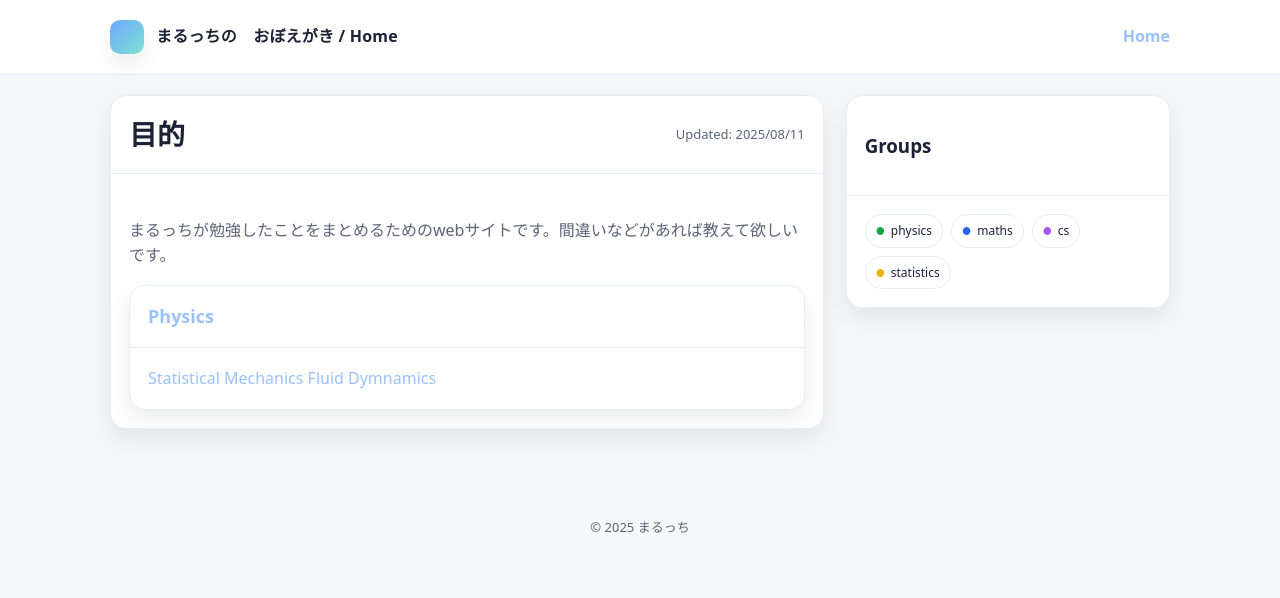
Repository: Riki-Mochimaru/tureduretunedune
Page: index.html
An editor plug-in stored every save of this project. The page is shown before and after a run of saves, followed by the edit.
The browser window is 1280 px wide. The pictures show the whole page.

Above is the page before, as saved 2025-08-11 23:54:19.

### index.html
<!DOCTYPE html>
<html lang="ja">
<head>
  <meta charset="utf-8" />
  <meta name="viewport" content="width=device-width, initial-scale=1" />
  <title>まるっちの おぼえがき— Home</title>
  <link rel="stylesheet" href="assets/styles.css">
</head>
<body>
  <header class="site">
    <div class="shell row">
      <div class="brand"><div class="brand-badge"></div><div>まるっちの　おぼえがき / Home</div></div>
      <nav>
        <a href="./">Home</a>
      </nav>
    </div>
  </header>

  <main class="shell">
    <section class="grid" aria-label="Articles and sidebar">
      <div>
        <article class="card post">
          <div class="hd">
            <h2>目的</h2>
            <div class="meta"><span>Updated: <time data-auto-updated datetime="">—</time></span></div>
          </div>
          <div class="bd">
            <p class="lead">まるっちが勉強したことをまとめるためのwebサイトです。間違いなどがあれば教えて欲しいです。</p>
            <div class="tags">
              <!-- <span class="tag" data-g="math"></span>
              <span class="tag" data-g="cs">#cs</span> -->
            </div>

            <!-- <h3>数式の例</h3>
            <div class="math">\\[ E = mc^2 \\]</div> -->
            <article class="card">
              <div class="hd"><h2 style="font-size:18px; margin:0;">
              <a href="physics/">Physics</a>
              </h2></div>
              <div class="bd">
                <div></div>
                <a href="physics/SM/">Statistical Mechanics</a>
                <a href="physics/FluidDynamics/">Fluid Dymnamics</a>
            </article>


          </div>
        </article>
      </div>

      <aside class="aside">
        <section class="card">
          <div class="hd"><h3>Groups</h3></div>
          <div class="bd">
            <div class="tags">
              <span class="tag" data-g="phys">physics</span>
              <span class="tag" data-g="math">maths</span>
              <span class="tag" data-g="cs">cs</span>
              <span class="tag" data-g="stats">statistics</span>
            </div>
          </div>
        </section>
      </aside>
    </section>
  </main>

  <footer class="site"><div class="shell">© 2025 まるっち</div></footer>

  <!-- 数式レンダリング（必要なら有効化） -->
  <script>
    window.MathJax = {
      tex: { inlineMath: [['$','$'], ['\\(','\\)']], displayMath: [['$$','$$'], ['\\[','\\]']] },
      options: { renderActions: { addMenu: [] } }
    };
  </script>
  <script src="https://cdn.jsdelivr.net/npm/mathjax@3/es5/tex-mml-chtml.js" async></script>
  <script>
    // Client-side: auto-fill "Updated" date from document.lastModified
    document.querySelectorAll('time[data-auto-updated]').forEach(t => {
      const d = new Date(document.lastModified);
      // ISO (yyyy-mm-dd)
      const iso = new Date(d.getTime() - d.getTimezoneOffset()*60000)
                    .toISOString().slice(0,10);
      t.setAttribute('datetime', iso);
      // Human-readable in Japanese (Asia/Tokyo)
      t.textContent = d.toLocaleDateString('ja-JP', {
        timeZone: 'Asia/Tokyo', year: 'numeric', month: '2-digit', day: '2-digit'
      });
    });
    </script>
</body>
</html>

### assets/styles.css
/* styles.css — Science Notes
   House style: British English prose; American English in code comments.
*/

/* =========================
   Design tokens
   ========================= */
   :root {
    --bg: #0b0c10;
    --surface: #0f1117;
    --card: #121520;
    --text: #e8ecf8;
    --subtle: #9aa3b2;
    --border: #1e2636;
    --brand: #6ea8fe;
    --accent: #7de2d1;
    --warn: #ffd166;
    --danger: #ff6b6b;
    --radius: 16px;
    --shadow: 0 10px 24px rgba(0,0,0,.35), 0 1px 0 rgba(255,255,255,.04) inset;
    --font-sans: ui-sans-serif, system-ui, -apple-system, Segoe UI, Roboto, Noto Sans JP, "Helvetica Neue", Arial;
    --font-mono: ui-monospace, SFMono-Regular, Menlo, Monaco, Consolas, "Liberation Mono", monospace;
  }
  @media (prefers-color-scheme: light) {
    :root {
      --bg: #f6f7fb; --surface: #ffffff; --card: #ffffff; --text: #1b2235; --subtle: #5b6578; --border: #e7ecf4;
      --shadow: 0 10px 24px rgba(0,0,0,.08);
    }
  }

  /* Base */
  *, *::before, *::after { box-sizing: border-box; }
  html, body { height: 100%; }
  body { margin: 0; font-family: var(--font-sans); background: var(--bg); color: var(--text); line-height: 1.6; }
  /* Accessible link look */
  a { color: #9ac1ff; text-decoration: none; }
  a:hover { text-decoration: underline; }

  /* Header */
  header.site { position: sticky; top: 0; z-index: 10; background: color-mix(in oklab, var(--surface) 92%, transparent); border-bottom: 1px solid var(--border); backdrop-filter: blur(6px); }
  .shell { max-width: 1100px; margin: 0 auto; padding: 20px; }
  .row { display: grid; grid-template-columns: 1fr auto; align-items: center; gap: 16px; }
  .brand { display: flex; align-items: center; gap: 12px; font-weight: 800; letter-spacing: .2px; }
  .brand-badge { width: 34px; height: 34px; border-radius: 10px; background: linear-gradient(135deg, var(--brand), var(--accent)); box-shadow: var(--shadow); }
  nav a { margin-left: 16px; font-weight: 600; }

  /* Layout */
  main { padding-top: 10px; }
  .grid { display: grid; grid-template-columns: 2.2fr 1fr; gap: 22px; align-items: start; }
  @media (max-width: 980px) { .grid { grid-template-columns: 1fr; } }

  /* Cards */
  .card { background: var(--card); border: 1px solid var(--border); border-radius: var(--radius); box-shadow: var(--shadow); overflow: clip; }
  .card .hd { padding: 16px 18px; border-bottom: 1px solid var(--border); display:flex; align-items:center; justify-content: space-between; }
  .card .bd { padding: 18px; }

  /* Tag/Group chips */
  .tags { display:flex; flex-wrap: wrap; gap: 8px; }
  .tag { --c: #334155; color: var(--text); font-size: 12px; padding: 6px 10px; border: 1px solid var(--border); border-radius: 999px; background: color-mix(in oklab, var(--card) 88%, transparent); }
  .tag[data-g="math"]   { --c: #2563eb; }
  .tag[data-g="phys"]   { --c: #16a34a; }
  .tag[data-g="cs"]     { --c: #a855f7; }
  .tag[data-g="stats"]  { --c: #eab308; }
  .tag[data-g="ethics"] { --c: #ef4444; }
  .tag::before { content: "●"; font-size: 10px; margin-right: 6px; color: var(--c); }

  /* Article */
  article.post { display: grid; gap: 10px; }
  article.post h2 { margin: 0; font-size: clamp(20px, 2.6vw, 28px); }
  .meta { color: var(--subtle); font-size: 13px; display:flex; gap: 12px; flex-wrap: wrap; }
  .lead { color: var(--subtle); }

  /* Math blocks (TeX text before JS render) */
  .math { font-family: var(--font-mono); background: color-mix(in oklab, var(--card) 90%, transparent); border: 1px dashed var(--border); border-radius: 10px; padding: 10px 12px; overflow:auto; }
  .eqno { float: right; color: var(--subtle); margin-left: 8px; }

  /* Comment UI (static) */
  .comments { margin-top: 8px; border-top: 1px dashed var(--border); padding-top: 10px; }
  .comment { display: grid; grid-template-columns: 40px 1fr; gap: 10px; padding: 12px 0; }
  .comment + .comment { border-top: 1px dashed var(--border); }
  .avatar { width: 40px; height: 40px; border-radius: 50%; background: linear-gradient(135deg, var(--brand), var(--accent)); display:grid; place-items:center; font-weight: 800; color: #0008; }
  .who { font-weight: 700; }
  .when { color: var(--subtle); font-size: 12px; }

  /* Simple form look (non-functional without JS/backend) */
  .form { display: grid; gap: 10px; background: color-mix(in oklab, var(--card) 90%, transparent); border: 1px solid var(--border); border-radius: 12px; padding: 12px; }
  .input, .textarea { width: 100%; padding: 10px 12px; border-radius: 10px; border: 1px solid var(--border); background: var(--surface); color: var(--text); outline: none; }
  .input:focus, .textarea:focus { box-shadow: 0 0 0 6px #2a5fff33; }
  .btn { display: inline-flex; align-items: center; justify-content: center; gap: 8px; padding: 10px 14px; font-weight: 700; border-radius: 10px; border: 1px solid var(--border); background: linear-gradient(180deg, var(--brand), #4d86f7); color: #fff; cursor: not-allowed; opacity: .8; }
  .hint { font-size: 12px; color: var(--subtle); }

  /* Aside */
  .aside .card + .card { margin-top: 18px; }
  .list { display: grid; gap: 10px; }

  /* Footer */
  footer.site { margin-top: 28px; color: var(--subtle); font-size: 13px; text-align: center; padding: 20px 0 40px; }

  /* Print */
  @media print {
    header.site, footer.site { display:none; }
    .card { box-shadow: none; border-color: #ccc; }
    a { color: #000; text-decoration: none; }
  }

After the next 3 saves:
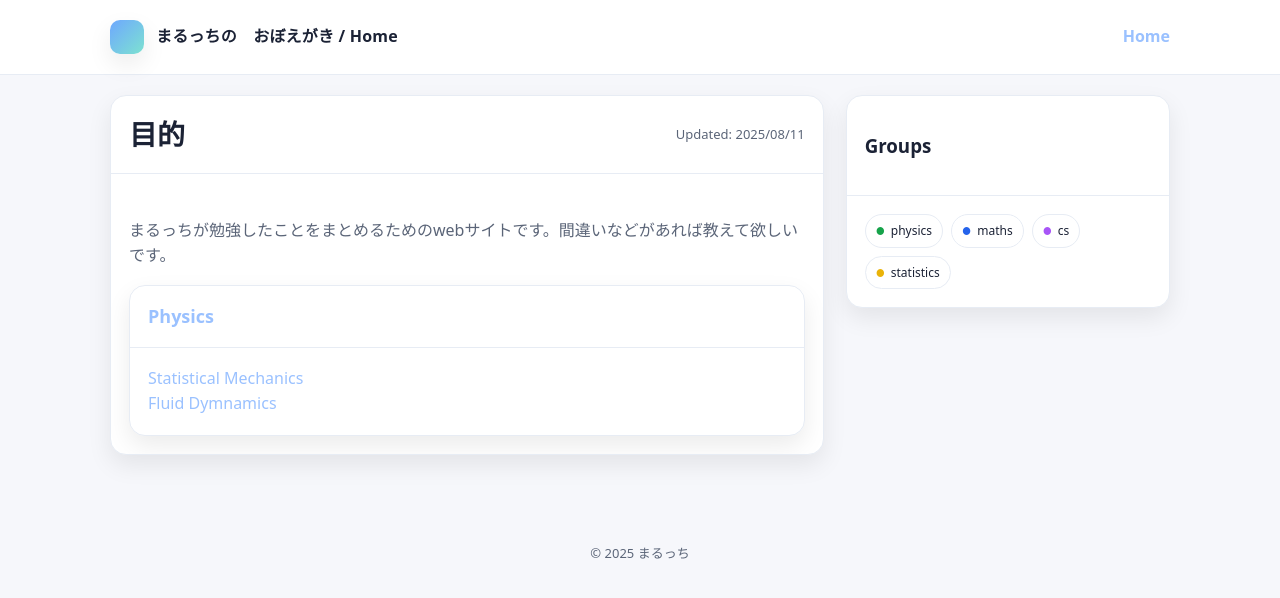
The 3 saves are shown as one change because they came seconds apart.
The last was saved 11 s later.
--- a/index.html
+++ b/index.html
@@ -38,8 +38,9 @@
               <a href="physics/">Physics</a>
               </h2></div>
               <div class="bd">
-                <div></div>
-                <a href="physics/SM/">Statistical Mechanics</a>
+                <div><a href="physics/SM/">Statistical Mechanics</a>
+                </div>
+
                 <a href="physics/FluidDynamics/">Fluid Dymnamics</a>
             </article>
 
